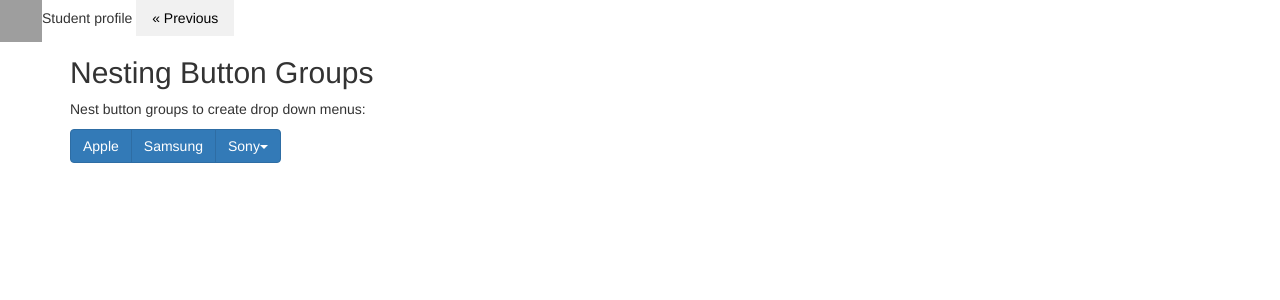
Repository: sandunigayanjali/Library_System
Page: http://localhost/library_management/studentProfile.jsp
These files come from the project's save history. The page is drawn as it stood at one moment and after the next save; the edit follows.
The browser window is 1280 px wide. The pictures show the whole page.
Pictures or frames that could not be fetched are drawn as grey boxes. The page is served by Tomcat 9.

Above is the page before, as saved 2018-11-19 12:22:26.
Console error (its wording comes from the project's code and is left out).

### library management/WebContent/studentProfile.jsp
<%@ page language="java" contentType="text/html; charset=ISO-8859-1"
    pageEncoding="ISO-8859-1"%>
<!DOCTYPE html PUBLIC "-//W3C//DTD HTML 4.01 Transitional//EN" "http://www.w3.org/TR/html4/loose.dtd">
<html>
<head>
<meta http-equiv="Content-Type" content="text/html; charset=ISO-8859-1">
  <script src="https://maxcdn.bootstrapcdn.com/bootstrap/3.3.7/js/bootstrap.min.js"></script>
<meta name="viewport" content="width=device-width, initial-scale=1">
  <link rel="stylesheet" href="https://maxcdn.bootstrapcdn.com/bootstrap/3.3.7/css/bootstrap.min.css">
  <script src="https://ajax.googleapis.com/ajax/libs/jquery/3.3.1/jquery.min.js"></script>
  <script src="https://maxcdn.bootstrapcdn.com/bootstrap/3.3.7/js/bootstrap.min.js"></script>
<title>Insert title here</title>
<style>
a {
    text-decoration: none;
    display: inline-block;
    padding: 8px 16px;
}

a:hover {
    background-color: #ddd;
    color: black;
}

.previous {
    background-color: #f1f1f1;
    color: black;
}

.next {
    background-color: #4CAF50;
    color: white;
}

.round {
    border-radius: 50%;
}
</style>
</head>
<body>

  <img src="F:\library mangement\th.jpg" alt="HTML tutorial" style="float:left;width:42px;height:42px;border:0;">
  Student profile
  <a href="#" class="previous">&laquo; Previous</a>

  <div class="container">
  <h2>Nesting Button Groups</h2>
  <p>Nest button groups to create drop down menus:</p>
  <div class="btn-group">
    <button type="button" class="btn btn-primary">Apple</button>
    <button type="button" class="btn btn-primary">Samsung</button>
    <div class="btn-group">
      <button type="button" class="btn btn-primary dropdown-toggle" data-toggle="dropdown">
      Sony<span class="caret"></span></button>
      <ul class="dropdown-menu" role="menu">
        <li><a href="#">Tablet</a></li>
        <li><a href="#">Smartphone</a></li>
      </ul>
    </div>
  </div>
</div>

</body>
</html>

After the next save:
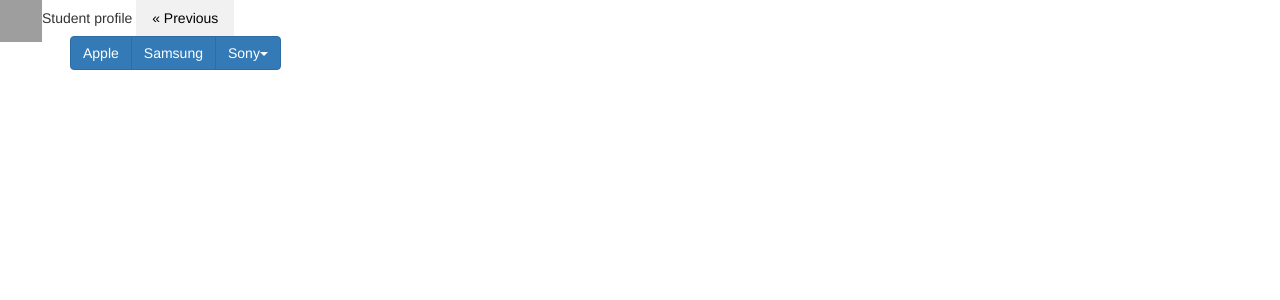
Saved 107 s later.
--- a/library management/WebContent/studentProfile.jsp
+++ b/library management/WebContent/studentProfile.jsp
@@ -44,8 +44,7 @@ a:hover {
   <a href="#" class="previous">&laquo; Previous</a>
 
   <div class="container">
-  <h2>Nesting Button Groups</h2>
-  <p>Nest button groups to create drop down menus:</p>
+
   <div class="btn-group">
     <button type="button" class="btn btn-primary">Apple</button>
     <button type="button" class="btn btn-primary">Samsung</button>
